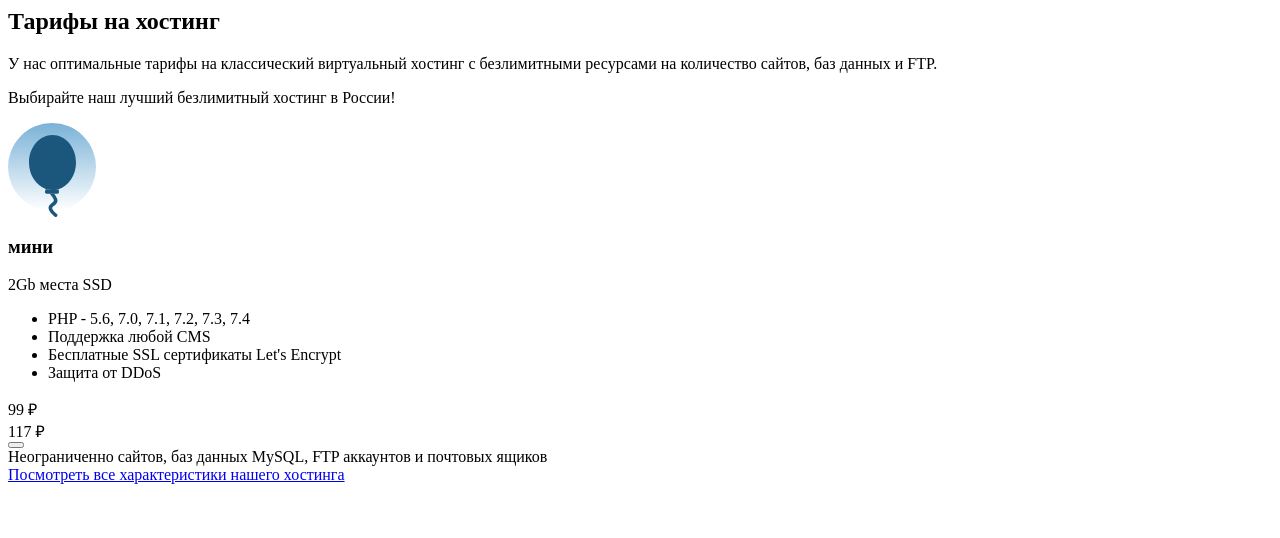
Repository: Inzhir2022/hosting
Page: src/_includes/_tariffs.html
These files come from the project's save history. The page is drawn as it stood at one moment and after the next save; the edit follows.
The browser window is 1280 px wide. The pictures show the whole page.

Above is the page before, as saved 2022-07-16 17:43:44.

### src/_includes/_tariffs.html
<section class="tariffs">
  <div class="container">
    <h2 class="tariffs__title">Тарифы на хостинг</h2>
    <div class="tariffs__text">
      <p>У нас оптимальные тарифы на классический виртуальный хостинг с безлимитными ресурсами на количество сайтов, баз данных и FTP.</p>
      <p>Выбирайте наш лучший <span class="tariffs__text_bold"> безлимитный</span> хостинг в России!</p>
    </div>
    <div class="tariffs__cards cards-block">
      <div class="card tariffs__card">
        <div class="card__header">
          <img src="../img/tariffs/tariffs_mini.svg" alt="icon">
          <h3 class="card__title">мини</h3>

        </div>
        <div class="card__body">
          <div class="card__subheader">2Gb места SSD </div>
          <ul class="card__list">
            <li class="card__item">PHP - 5.6, 7.0, 7.1, 7.2, 7.3, 7.4</li>
            <li class="card__item">Поддержка любой CMS</li>
            <li class="card__item">Бесплатные SSL сертификаты Let's Encrypt</li>
            <li class="card__item">Защита от DDoS</li>
          </ul>
        </div>
        <div class="card__footer">
          <div class="card__price">
            <div class="new-price">99 ₽</div>
            <div class="old-price">117 ₽</div>
          </div>
          <div class="btn card__btn">
            <button></button>
          </div>
        </div>
      </div>
    </div>
    <div class="cards-block__descr">Неограниченно сайтов, баз данных MySQL, FTP аккаунтов и почтовых ящиков</div>
    <div class="tariffs__link-more">
      <a href="#">Посмотреть все характеристики нашего хостинга</a>
    </div>
  </div>
</section>

After the next save:
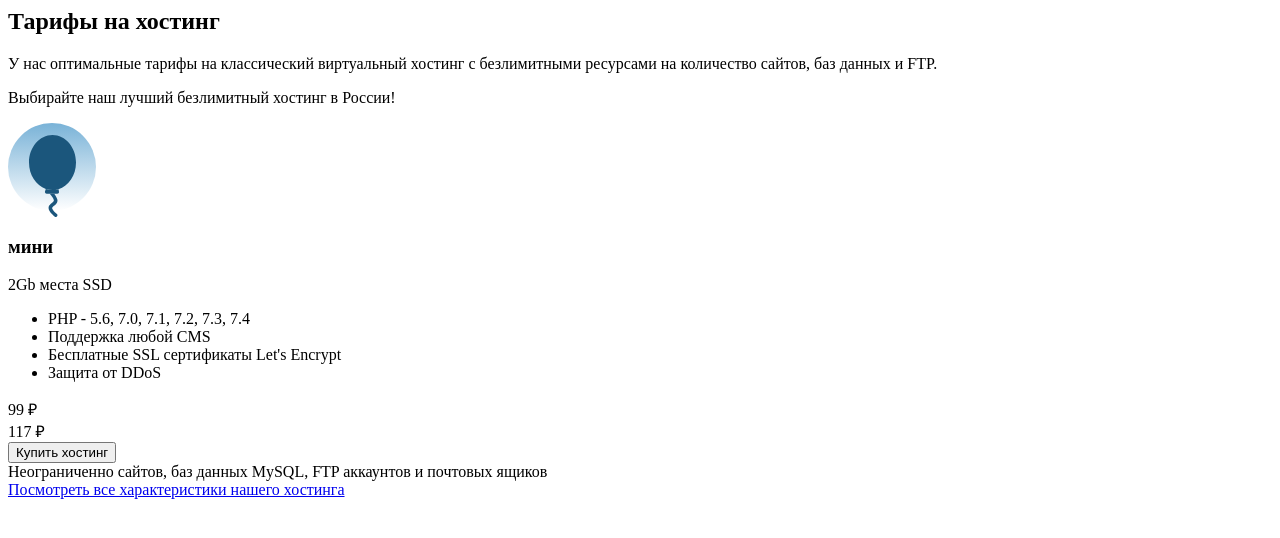
Saved 11 s later.
--- a/src/_includes/_tariffs.html
+++ b/src/_includes/_tariffs.html
@@ -27,7 +27,7 @@
             <div class="old-price">117 ₽</div>
           </div>
           <div class="btn card__btn">
-            <button></button>
+            <button>Купить хостинг</button>
           </div>
         </div>
       </div>
